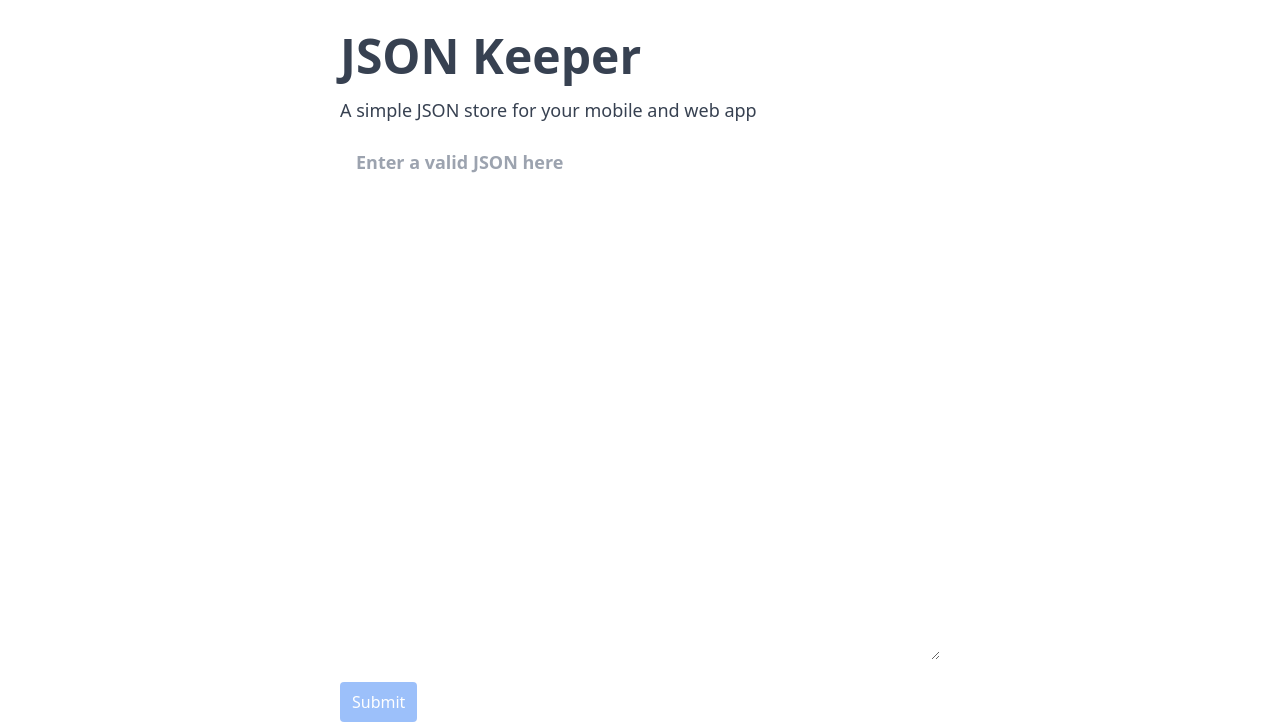
Repository: lakshithapramodya/jsonhub
Page: / (app in client/)
These files come from the project's save history. The page is drawn as it stood at one moment and after the next save; the edit follows.
The browser window is 1280 px wide. The pictures show the whole page.
The page's requests for data from a server got no answer. The project was rebuilt for these pictures with package versions that can differ from the ones it lists, and the page was loaded fresh each time. No one was signed in, and anything a server would have sent is missing. Also part of the build but not shown: client/src/HandleJsonData.js.

Above is the page before, as saved 2023-05-10 12:25:57.

### client/src/index.js
import React from "react";
import ReactDOM from "react-dom/client";
import "./index.css";
import App from "./App";
import { BrowserRouter, Route, Routes } from "react-router-dom";
import HandleJsonData from "./HandleJsonData";

const root = ReactDOM.createRoot(document.getElementById("root"));
root.render(
  <React.StrictMode>
    <BrowserRouter>
      <Routes>
        <Route path="/" element={<App />} />
        <Route path=":url" element={<HandleJsonData />} />
      </Routes>
    </BrowserRouter>
  </React.StrictMode>
);

### client/src/App.js
import { useState } from "react";
import { SERVER_ENDPOINT } from "./config/Default";
import axios from "axios";

function App() {
  const [input, setInput] = useState([]);
  const [url, setUrl] = useState("");

  const sendRequest = async () => {
    const res = await axios
      .post(`${SERVER_ENDPOINT}/api/json`, {
        text: input,
      })
      .then()
      .catch((err) => console.log(err));
    const data = res.data;
    return data;
  };

  const handleSubmit = (e) => {
    e.preventDefault();
    sendRequest().then((res) => {
      console.log(res.url);
      res && setInput([]);
      setUrl(res.url);
    });
  };

  function isJsonString(str) {
    try {
      JSON.parse(str);
    } catch (e) {
      return false;
    }
    return true;
  }

  return (
    <div className="min-w-full min-h-screen flex flex-col">
      {url && (
        <a href={`${SERVER_ENDPOINT}/${url}`}>{`${SERVER_ENDPOINT}/${url}`}</a>
      )}
      <div className="flex flex-col mx-auto mt-8 w-full md:w-1/2 items-center justify-center">
        <form onSubmit={handleSubmit} className="w-full space-y-4 px-5">
          <h1 className="text-5xl font-semibold text-gray-700">JSON Keeper</h1>
          <p className="text-gray-700 text-lg">
            A simple JSON store for your mobile and web app
          </p>
          <textarea
            placeholder="Enter a valid JSON here"
            onChange={(e) => setInput(e.target.value)}
            value={input}
            rows={18}
            className="border-1 border-black w-full rounded p-2 px-4 text-lg font-semibold focus:outline-none"
          />
          <button
            className="bg-blue-500 p-2 px-3 rounded text-white disabled:opacity-50"
            disabled={!isJsonString(input)}
            type="submit"
          >
            Submit
          </button>
        </form>
      </div>
    </div>
  );
}

export default App;

### client/src/config/Default.js
export const SERVER_ENDPOINT =
  process.env.REACT_APP_SERVER_ENDPOINT || "http://localhost:5000";

Loaded but not shown: client/public/index.html (common file); client/src/index.css (common file); client/tailwind.config.js (common file)

After the next save:
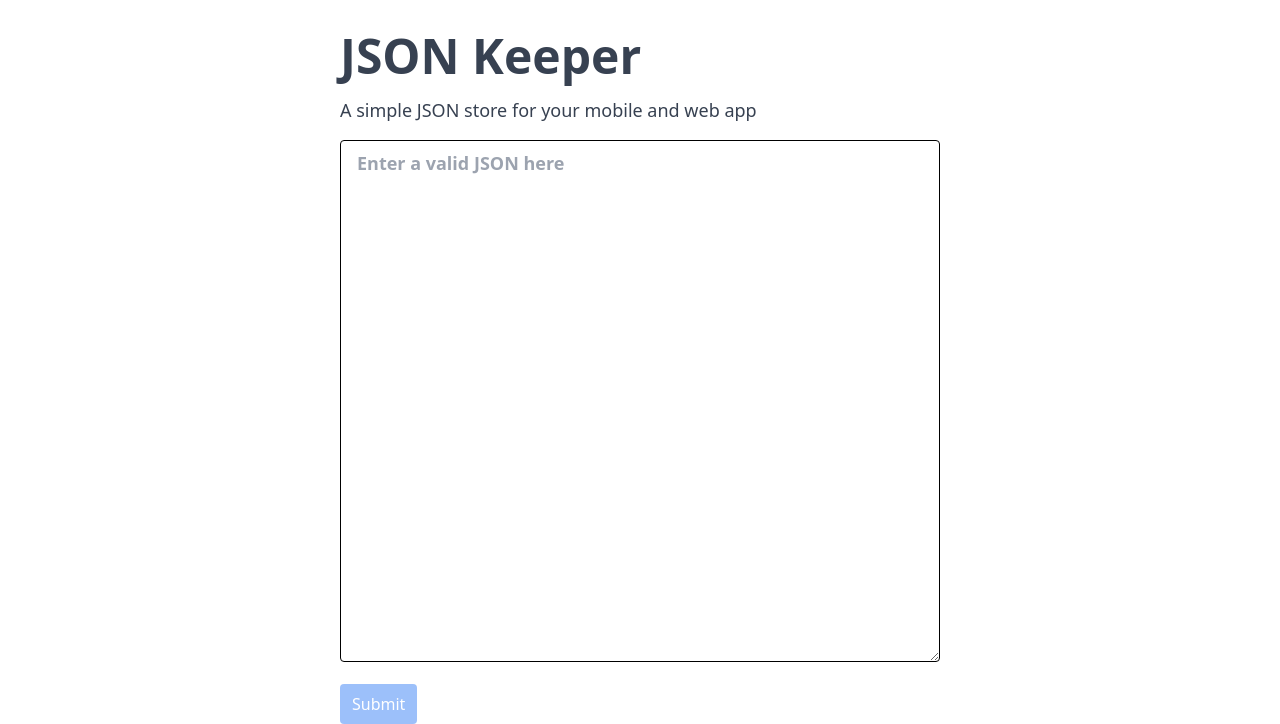
Saved 5 s later.
--- a/client/src/App.js
+++ b/client/src/App.js
@@ -51,7 +51,7 @@ function App() {
             onChange={(e) => setInput(e.target.value)}
             value={input}
             rows={18}
-            className="border-1 border-black w-full rounded p-2 px-4 text-lg font-semibold focus:outline-none"
+            className="border border-black w-full rounded p-2 px-4 text-lg font-semibold focus:outline-none"
           />
           <button
             className="bg-blue-500 p-2 px-3 rounded text-white disabled:opacity-50"
